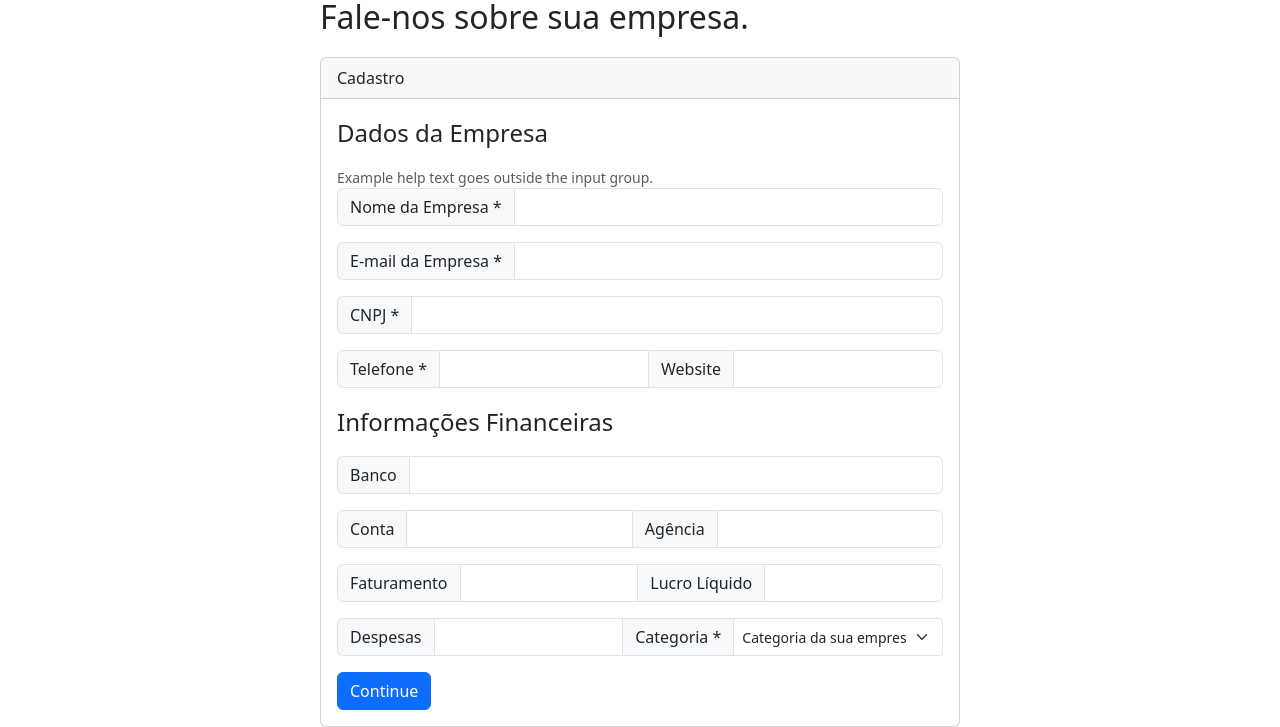
Repository: vandrecx/utilitaries
Page: http://localhost/login_archive/cadastro.php
An editor plug-in stored every save of this project. The page is shown before and after the next save, followed by the edit.
The browser window is 1280 px wide. The pictures show the whole page.
The page is run by PHP 8.4 with error messages shown; the project is at /var/www/html/.

Above is the page before, as saved 2024-05-03 13:37:15.

After the next save:
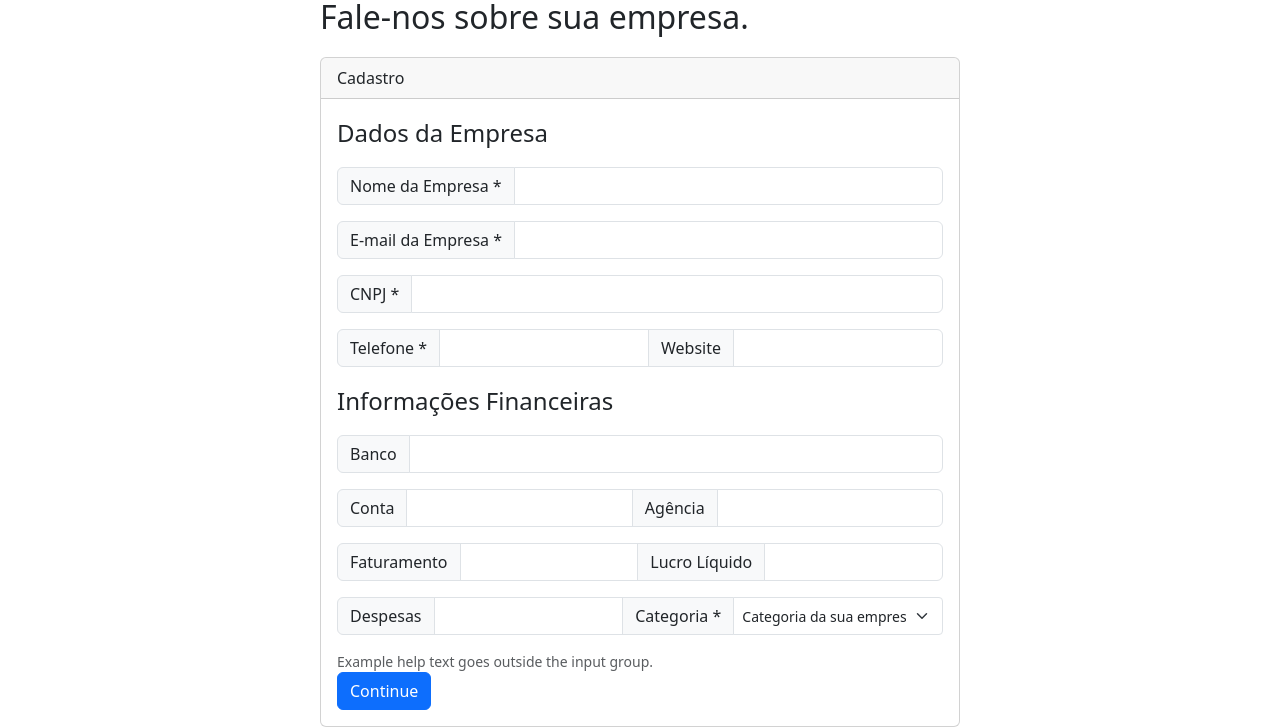
Saved 14 s later.
--- a/login_archive/cadastro.php
+++ b/login_archive/cadastro.php
@@ -22,7 +22,6 @@ include 'funcoes.php';
             </div>
             <div class="card-body">
                 <p class="fs-4">Dados da Empresa</p>
-                <div class="form-text" id="basic-addon4">Example help text goes outside the input group.</div>
                 <form method="POST" action="UserSignUp.php">
                     <div class="input-group mb-3">
                         <span class="input-group-text" id="inputGroup-sizing-default">Nome da Empresa *</span>
@@ -70,6 +69,7 @@ include 'funcoes.php';
                             <option value="3">Vendas</option>
                         </select>
                     </div>
+                    <div class="form-text" id="basic-addon4">Example help text goes outside the input group.</div>
                     <button type="submit" class="btn btn-primary" name="submit">Continue</button>
                 </form>
             </div>
